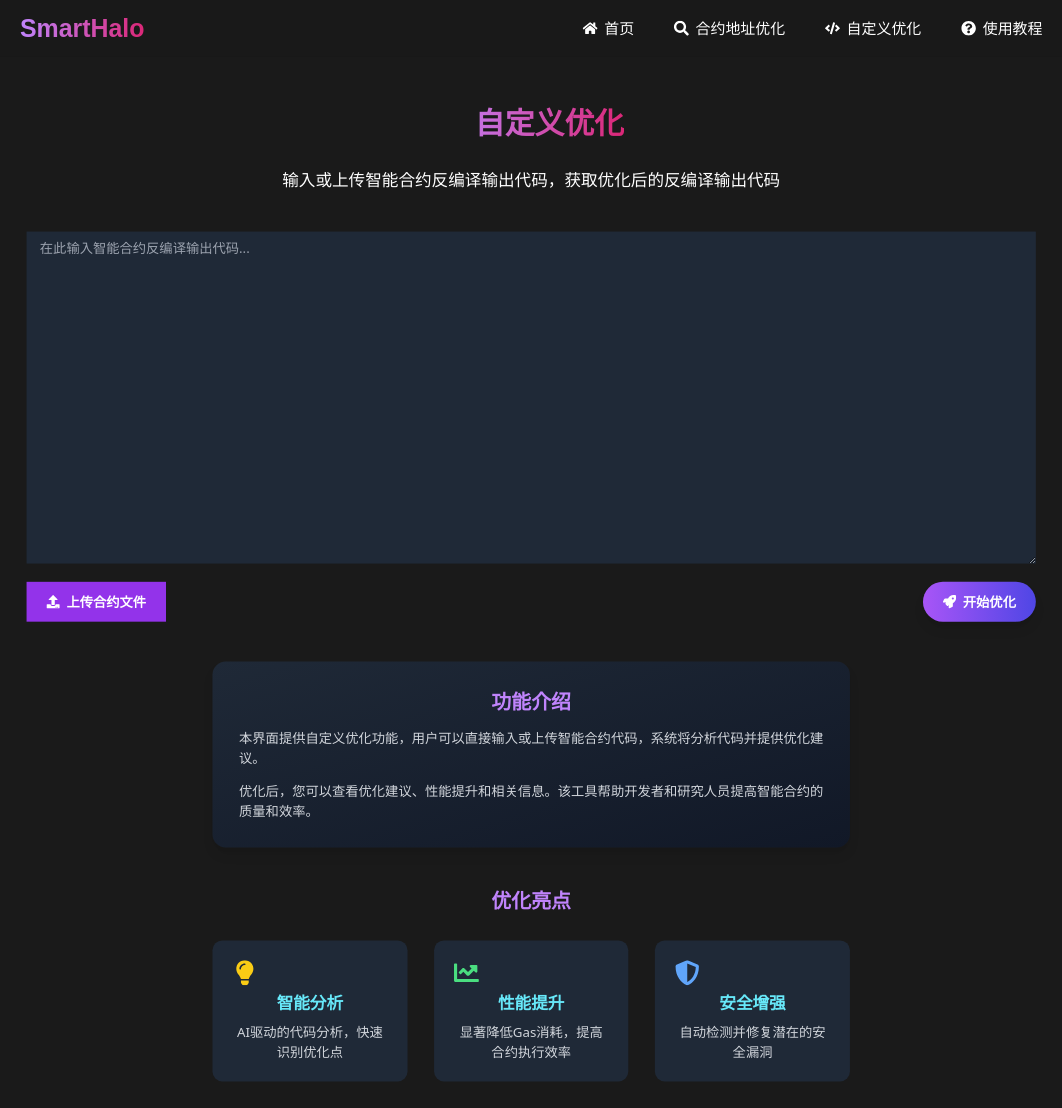
Repository: RunnerQuan/smart-halo
Page: /custom-optimization
These files come from the project's save history. The page is drawn as it stood at one moment and after the next save; the edit follows.
The browser window is 1280 px wide. The pictures show the whole page, at 83% of full size.
The project was rebuilt for these pictures with package versions that can differ from the ones it lists, and the page was loaded fresh each time. The framework's server and built-in components were replaced by stand-ins that run in the browser. Also part of the build but not shown: next.config.mjs.

Above is the page before, as saved 2024-10-18 15:43:47.

### app/custom-optimization/page.tsx
"use client";

import { useState } from 'react';
import { motion } from 'framer-motion';
import AnimatedButton from '../../components/ui/animated-button';
import Navbar from '../../components/Navbar';
import { FaCode, FaUpload, FaRocket, FaLightbulb, FaChartLine, FaShieldAlt } from 'react-icons/fa';

export default function CustomOptimization() {
  const [contractCode, setContractCode] = useState('');
  const [showError, setShowError] = useState(false);

  const handleOptimize = () => {
    if (!contractCode.trim()) {
      setShowError(true);
      setTimeout(() => setShowError(false), 3000);
      return;
    }
    // 这里应该是跳转到优化详情页的逻辑
    window.location.href = '/optimization-details';
  };

  return (
    <main className="flex min-h-screen flex-col items-center justify-start p-8 bg-[#1A1A1A] text-white font-sans">
      <Navbar />
      <div className="mt-24 w-full max-w-7xl mx-auto flex flex-col items-center">
        <motion.h1
          className="text-4xl font-bold mb-8 text-center text-transparent bg-clip-text bg-gradient-to-r from-purple-400 to-pink-600"
          initial={{ opacity: 0, y: -50 }}
          animate={{ opacity: 1, y: 0 }}
          transition={{ duration: 0.5 }}
        >
          <FaCode className="inline-block mr-2 mb-1" />
          自定义优化
        </motion.h1>
        <motion.p
          className="text-xl mb-12 text-center max-w-2xl mx-auto"
          initial={{ opacity: 0 }}
          animate={{ opacity: 1 }}
          transition={{ duration: 0.5, delay: 0.2 }}
        >
          输入或上传智能合约反编译输出代码，获取优化后的反编译输出代码
        </motion.p>

        <motion.div
          className="w-full mx-auto mb-12"
          initial={{ opacity: 0, y: 50 }}
          animate={{ opacity: 1, y: 0 }}
          transition={{ duration: 0.5, delay: 0.4 }}
        >
          <textarea
            className="w-full h-[400px] bg-gray-800 text-white rounded-lg px-4 py-2 mb-4 focus:outline-none focus:ring-2 focus:ring-purple-500"
            placeholder="在此输入智能合约反编译输出代码..."
            value={contractCode}
            onChange={(e) => setContractCode(e.target.value)}
          ></textarea>
          <div className="flex justify-between">
            <label className="bg-purple-600 text-white px-6 py-3 rounded-lg cursor-pointer hover:bg-purple-700 transition-colors font-bold">
              <FaUpload className="inline-block mr-2 mb-1" />
              上传合约文件
              <input type="file" className="hidden" onChange={(e) => {
                // 这里应该是处理文件上传的逻辑
                console.log("File uploaded:", e.target.files?.[0]);
              }} />
            </label>
            <AnimatedButton onClick={handleOptimize}>
              <FaRocket className="inline-block mr-2 mb-1" />
              开始优化
            </AnimatedButton>
          </div>
          {showError && (
            <motion.p
              className="text-red-500 text-center mt-2"
              initial={{ opacity: 0 }}
              animate={{ opacity: 1 }}
              exit={{ opacity: 0 }}
            >
              请输入或上传合约代码
            </motion.p>
          )}
        </motion.div>

        <motion.div
          className="bg-gradient-to-br from-gray-800 to-gray-900 rounded-2xl p-8 mb-12 w-full max-w-3xl mx-auto shadow-lg"
          initial={{ opacity: 0, y: 50 }}
          animate={{ opacity: 1, y: 0 }}
          transition={{ duration: 0.5, delay: 0.6 }}
        >
          <h2 className="text-2xl font-semibold mb-4 text-purple-400 text-center">功能介绍</h2>
          <p className="mb-4 text-gray-300">
            本界面提供自定义优化功能，用户可以直接输入或上传智能合约代码，系统将分析代码并提供优化建议。
          </p>
          <p className="text-gray-300">
            优化后，您可以查看优化建议、性能提升和相关信息。该工具帮助开发者和研究人员提高智能合约的质量和效率。
          </p>
        </motion.div>

        <motion.div
          className="w-full max-w-3xl mx-auto"
          initial={{ opacity: 0, y: 50 }}
          animate={{ opacity: 1, y: 0 }}
          transition={{ duration: 0.5, delay: 0.8 }}
        >
          <h2 className="text-2xl font-semibold mb-8 text-purple-400 text-center">优化亮点</h2>
          <div className="grid grid-cols-1 md:grid-cols-3 gap-8">
            {[
              { title: "智能分析", desc: "AI驱动的代码分析，快速识别优化点", icon: <FaLightbulb className="text-3xl mb-2 text-yellow-400" /> },
              { title: "性能提升", desc: "显著降低Gas消耗，提高合约执行效率", icon: <FaChartLine className="text-3xl mb-2 text-green-400" /> },
              { title: "安全增强", desc: "自动检测并修复潜在的安全漏洞", icon: <FaShieldAlt className="text-3xl mb-2 text-blue-400" /> },
            ].map((item, index) => (
              <motion.div
                key={index}
                className="bg-gray-800 p-6 rounded-xl text-center"
                whileHover={{ scale: 1.05 }}
                transition={{ duration: 0.2 }}
              >
                {item.icon}
                <h3 className="text-xl font-semibold mb-2 text-cyan-300">{item.title}</h3>
                <p className="text-gray-300">{item.desc}</p>
              </motion.div>
            ))}
          </div>
        </motion.div>
      </div>
    </main>
  );
}

### app/globals.css
@import url('https://fonts.googleapis.com/css2?family=Roboto:wght@300;400;500;700&display=swap');

@tailwind base;
@tailwind components;
@tailwind utilities;

:root {
  --foreground-rgb: 255, 255, 255;
  --background-start-rgb: 42, 42, 42;
  --background-end-rgb: 42, 42, 42;
}

body {
  color: rgb(var(--foreground-rgb));
  background: linear-gradient(
      to bottom,
      transparent,
      rgb(var(--background-end-rgb))
    )
    rgb(var(--background-start-rgb));
  font-family: 'Roboto', sans-serif;
}

### components/ui/animated-button.tsx
import React from 'react';

interface AnimatedButtonProps extends React.ButtonHTMLAttributes<HTMLButtonElement> {
  children: React.ReactNode;
}

const AnimatedButton: React.FC<AnimatedButtonProps> = ({ children, className, ...props }) => {
  return (
    <button
      className={`
        px-6 py-3 rounded-full text-white font-semibold
        bg-gradient-to-r from-purple-500 to-indigo-600
        hover:from-purple-600 hover:to-indigo-700
        transform hover:scale-105 transition duration-300 ease-in-out
        focus:outline-none focus:ring-2 focus:ring-purple-500 focus:ring-opacity-50
        shadow-lg hover:shadow-xl
        ${className}
      `}
      {...props}
    >
      {children}
    </button>
  );
};

export default AnimatedButton;

### components/Navbar.tsx
import Link from "next/link";
import { FaHome, FaCode, FaSearch, FaQuestionCircle } from 'react-icons/fa';

const navItems = [
  { name: '首页', href: '/', icon: <FaHome className="mr-2" /> },
  { name: '合约地址优化', href: '/contract-optimization', icon: <FaSearch className="mr-2" /> },
  { name: '自定义优化', href: '/custom-optimization', icon: <FaCode className="mr-2" /> },
  { name: '使用教程', href: '/help', icon: <FaQuestionCircle className="mr-2" /> },
];

export default function Navbar() {
  return (
    <nav className="fixed top-0 left-0 right-0 z-10 bg-[#1A1A1A] bg-opacity-80 backdrop-filter backdrop-blur-lg">
      <div className="container mx-auto px-6 py-4 flex justify-between items-center">
        <Link href="/" className="flex items-center">
          <span className="text-3xl font-bold bg-clip-text text-transparent bg-gradient-to-r from-purple-400 to-pink-600 font-tech">
            SmartHalo
          </span>
        </Link>
        <div className="hidden md:flex items-center space-x-12 text-lg">
          {navItems.map((item) => (
            <Link key={item.name} href={item.href} className="flex items-center">
              <span className="flex items-center">
                {item.icon}
                {item.name}
              </span>
            </Link>
          ))}
        </div>
      </div>
    </nav>
  );
}

### tailwind.config.js
module.exports = {
    darkMode: ['class'],
    content: [
    './pages/**/*.{js,ts,jsx,tsx,mdx}',
    './components/**/*.{js,ts,jsx,tsx,mdx}',
    './app/**/*.{js,ts,jsx,tsx,mdx}',
  ],
  theme: {
  	extend: {
  		fontFamily: {
  			harmonyos: ['HarmonyOS Sans', 'sans-serif'],
  			song: ['Noto Serif SC', 'serif'],
  			'noto-sans': ['Noto Sans SC', 'sans-serif'],
  			'tech': ['Orbitron', 'sans-serif']
  		},
  		backgroundImage: {
  			'gradient-radial': 'radial-gradient(var(--tw-gradient-stops))',
  			'gradient-conic': 'conic-gradient(from 180deg at 50% 50%, var(--tw-gradient-stops))'
  		},
  		borderRadius: {
  			lg: 'var(--radius)',
  			md: 'calc(var(--radius) - 2px)',
  			sm: 'calc(var(--radius) - 4px)'
  		},
  		colors: {
  			background: 'hsl(var(--background))',
  			foreground: 'hsl(var(--foreground))',
  			card: {
  				DEFAULT: 'hsl(var(--card))',
  				foreground: 'hsl(var(--card-foreground))'
  			},
  			popover: {
  				DEFAULT: 'hsl(var(--popover))',
  				foreground: 'hsl(var(--popover-foreground))'
  			},
  			primary: {
  				DEFAULT: 'hsl(var(--primary))',
  				foreground: 'hsl(var(--primary-foreground))'
  			},
  			secondary: {
  				DEFAULT: 'hsl(var(--secondary))',
  				foreground: 'hsl(var(--secondary-foreground))'
  			},
  			muted: {
  				DEFAULT: 'hsl(var(--muted))',
  				foreground: 'hsl(var(--muted-foreground))'
  			},
  			accent: {
  				DEFAULT: 'hsl(var(--accent))',
  				foreground: 'hsl(var(--accent-foreground))'
  			},
  			destructive: {
  				DEFAULT: 'hsl(var(--destructive))',
  				foreground: 'hsl(var(--destructive-foreground))'
  			},
  			border: 'hsl(var(--border))',
  			input: 'hsl(var(--input))',
  			ring: 'hsl(var(--ring))',
  			chart: {
  				'1': 'hsl(var(--chart-1))',
  				'2': 'hsl(var(--chart-2))',
  				'3': 'hsl(var(--chart-3))',
  				'4': 'hsl(var(--chart-4))',
  				'5': 'hsl(var(--chart-5))'
  			}
  		},
  		animation: {
  			pulse: 'pulse var(--duration) ease-out infinite'
  		},
  		keyframes: {
  			pulse: {
  				'0%, 100%': {
  					boxShadow: '0 0 0 0 var(--pulse-color)'
  				},
  				'50%': {
  					boxShadow: '0 0 0 8px var(--pulse-color)'
  				}
  			}
  		}
  	}
  },
  plugins: [require("tailwindcss-animate")],
}

Loaded but not shown: app/layout.tsx (common file)

After the next save:
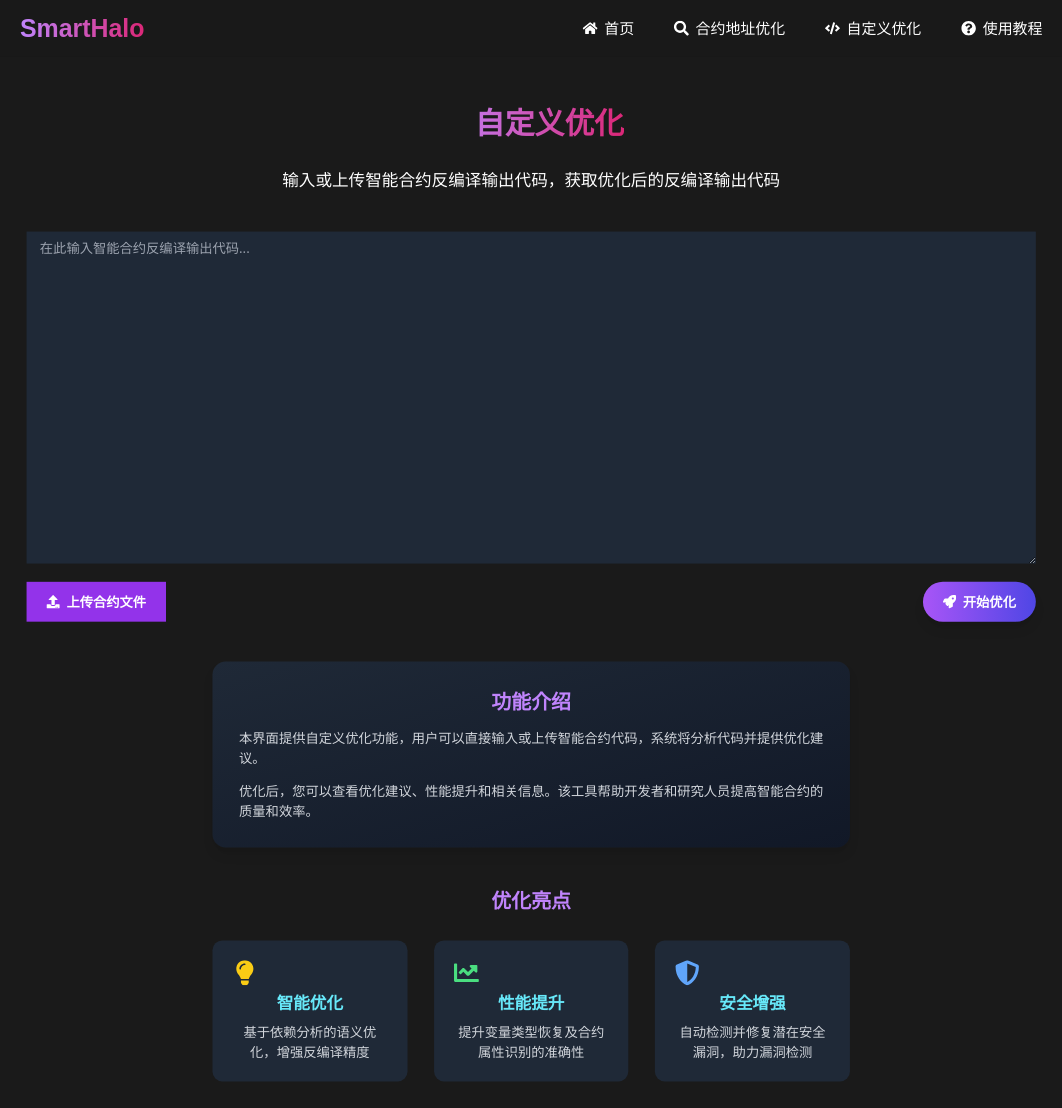
Saved 7 min 44 s later.
--- a/app/custom-optimization/page.tsx
+++ b/app/custom-optimization/page.tsx
@@ -103,23 +103,36 @@
         >
           <h2 className="text-2xl font-semibold mb-8 text-purple-400 text-center">优化亮点</h2>
           <div className="grid grid-cols-1 md:grid-cols-3 gap-8">
-            {[
-              { title: "智能分析", desc: "AI驱动的代码分析，快速识别优化点", icon: <FaLightbulb className="text-3xl mb-2 text-yellow-400" /> },
-              { title: "性能提升", desc: "显著降低Gas消耗，提高合约执行效率", icon: <FaChartLine className="text-3xl mb-2 text-green-400" /> },
-              { title: "安全增强", desc: "自动检测并修复潜在的安全漏洞", icon: <FaShieldAlt className="text-3xl mb-2 text-blue-400" /> },
-            ].map((item, index) => (
-              <motion.div
-                key={index}
-                className="bg-gray-800 p-6 rounded-xl text-center"
-                whileHover={{ scale: 1.05 }}
-                transition={{ duration: 0.2 }}
-              >
-                {item.icon}
-                <h3 className="text-xl font-semibold mb-2 text-cyan-300">{item.title}</h3>
-                <p className="text-gray-300">{item.desc}</p>
-              </motion.div>
-            ))}
-          </div>
+  {[
+    {
+      title: "智能优化",
+      desc: "基于依赖分析的语义优化，增强反编译精度",
+      icon: <FaLightbulb className="text-3xl mb-2 text-yellow-400" />
+    },
+    {
+      title: "性能提升",
+      desc: "提升变量类型恢复及合约属性识别的准确性",
+      icon: <FaChartLine className="text-3xl mb-2 text-green-400" />
+    },
+    {
+      title: "安全增强",
+      desc: "自动检测并修复潜在安全漏洞，助力漏洞检测",
+      icon: <FaShieldAlt className="text-3xl mb-2 text-blue-400" />
+    },
+  ].map((item, index) => (
+    <motion.div
+      key={index}
+      className="bg-gray-800 p-6 rounded-xl text-center"
+      whileHover={{ scale: 1.05 }}
+      transition={{ duration: 0.2 }}
+    >
+      {item.icon}
+      <h3 className="text-xl font-semibold mb-2 text-cyan-300">{item.title}</h3>
+      <p className="text-gray-300">{item.desc}</p>
+    </motion.div>
+  ))}
+</div>
+
         </motion.div>
       </div>
     </main>

After the save that followed:
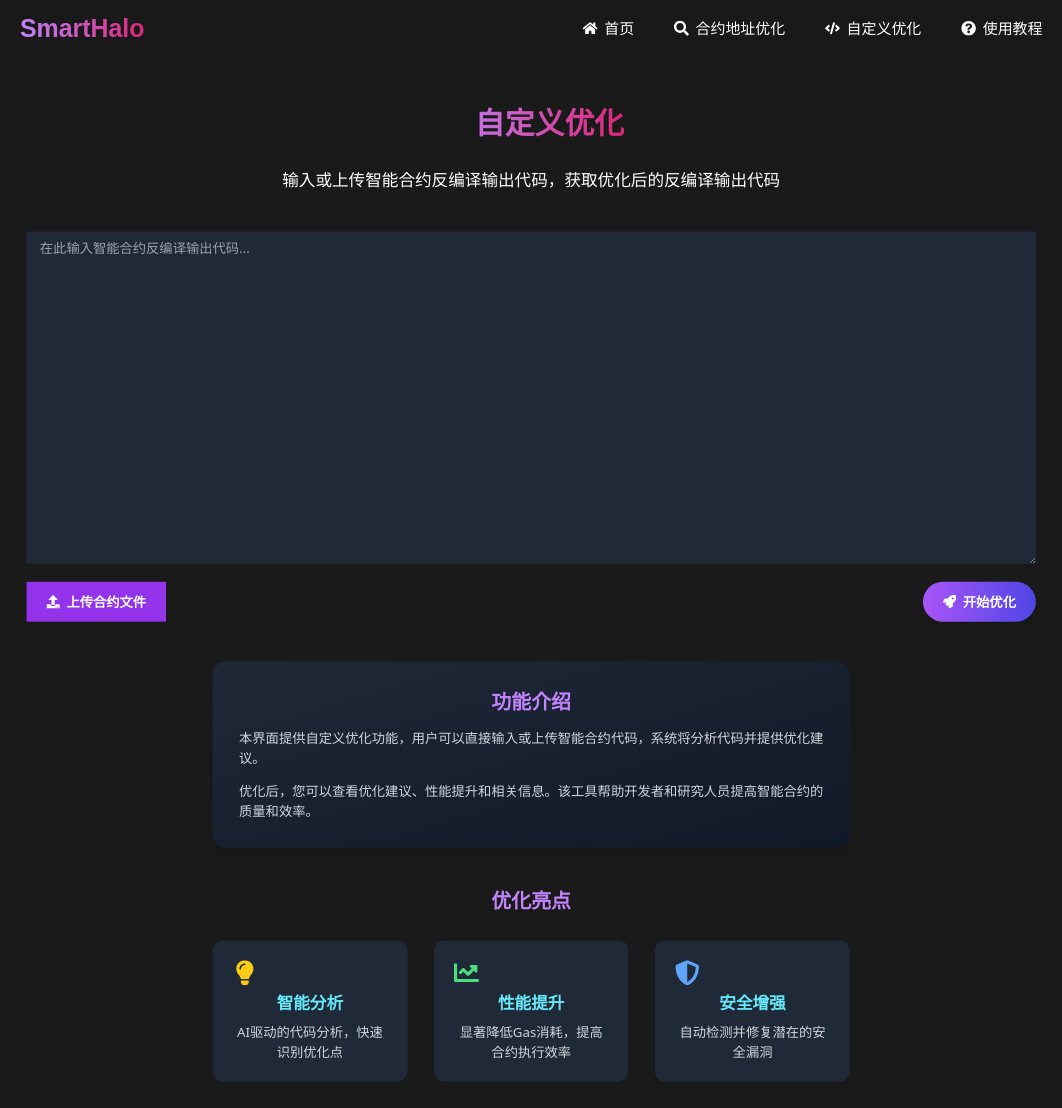
Saved 15 s later.
--- a/app/custom-optimization/page.tsx
+++ b/app/custom-optimization/page.tsx
@@ -103,36 +103,23 @@
         >
           <h2 className="text-2xl font-semibold mb-8 text-purple-400 text-center">优化亮点</h2>
           <div className="grid grid-cols-1 md:grid-cols-3 gap-8">
-  {[
-    {
-      title: "智能优化",
-      desc: "基于依赖分析的语义优化，增强反编译精度",
-      icon: <FaLightbulb className="text-3xl mb-2 text-yellow-400" />
-    },
-    {
-      title: "性能提升",
-      desc: "提升变量类型恢复及合约属性识别的准确性",
-      icon: <FaChartLine className="text-3xl mb-2 text-green-400" />
-    },
-    {
-      title: "安全增强",
-      desc: "自动检测并修复潜在安全漏洞，助力漏洞检测",
-      icon: <FaShieldAlt className="text-3xl mb-2 text-blue-400" />
-    },
-  ].map((item, index) => (
-    <motion.div
-      key={index}
-      className="bg-gray-800 p-6 rounded-xl text-center"
-      whileHover={{ scale: 1.05 }}
-      transition={{ duration: 0.2 }}
-    >
-      {item.icon}
-      <h3 className="text-xl font-semibold mb-2 text-cyan-300">{item.title}</h3>
-      <p className="text-gray-300">{item.desc}</p>
-    </motion.div>
-  ))}
-</div>
-
+            {[
+              { title: "智能分析", desc: "AI驱动的代码分析，快速识别优化点", icon: <FaLightbulb className="text-3xl mb-2 text-yellow-400" /> },
+              { title: "性能提升", desc: "显著降低Gas消耗，提高合约执行效率", icon: <FaChartLine className="text-3xl mb-2 text-green-400" /> },
+              { title: "安全增强", desc: "自动检测并修复潜在的安全漏洞", icon: <FaShieldAlt className="text-3xl mb-2 text-blue-400" /> },
+            ].map((item, index) => (
+              <motion.div
+                key={index}
+                className="bg-gray-800 p-6 rounded-xl text-center"
+                whileHover={{ scale: 1.05 }}
+                transition={{ duration: 0.2 }}
+              >
+                {item.icon}
+                <h3 className="text-xl font-semibold mb-2 text-cyan-300">{item.title}</h3>
+                <p className="text-gray-300">{item.desc}</p>
+              </motion.div>
+            ))}
+          </div>
         </motion.div>
       </div>
     </main>
